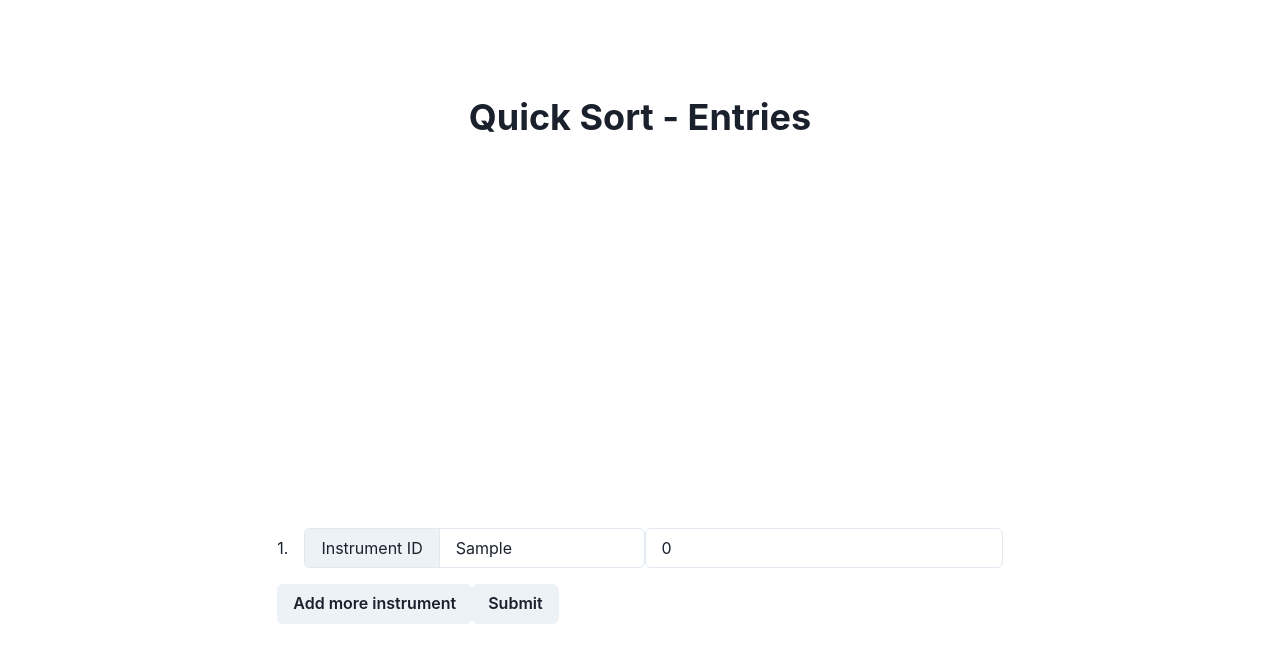
Repository: rohit-jindal18/stock-trailer
Page: /home
An editor plug-in stored every save of this project. The page is shown before and after the next save, followed by the edit.
The browser window is 1280 px wide. The pictures show the whole page.
The project was rebuilt for these pictures with package versions that can differ from the ones it lists, and the page was loaded fresh each time. The framework's server and built-in components were replaced by stand-ins that run in the browser. Also part of the build but not shown: next.config.js.

Above is the page before, as saved 2023-03-14 15:03:34.

### src/pages/_app.tsx
import '@stock-trailer/styles/globals.css'
import { ChakraProvider } from '@chakra-ui/react'
import type { AppProps } from 'next/app'

export default function App({ Component, pageProps }: AppProps) {
  return (
    <ChakraProvider>
      <Component {...pageProps} />
    </ChakraProvider>
  )
}

### src/pages/home.tsx
import { Box, Button, Heading, Input, InputGroup, InputLeftAddon, Text } from '@chakra-ui/react'
import styles from '@stock-trailer/styles/Home.module.css'
import { IInstrumentInfo } from '@stock-trailer/types'
import { Inter } from 'next/font/google'
import Head from 'next/head'
import { useState } from 'react'

const inter = Inter({ subsets: ['latin'] })

export default function Authorize() {
  const [instruments, setInstruments] = useState<IInstrumentInfo[]>([{
    id: 'Sample',
    qty: 0
  }]);
  return (
    <>
      <Head>
        <title>Stock - Trailer</title>
        <meta name="description" content="Generated by create next app" />
        <meta name="viewport" content="width=device-width, initial-scale=1" />
        <link rel="icon" href="/favicon.ico" />
      </Head>
      <main className={styles.main}>
        <div className={styles.description}>
          <Heading>Quick Sort - Entries</Heading>
        </div>
        <Box>
          {
            instruments.map((instrument, index) => {
              return (
                <Box display={'flex'} alignItems='center' key={`qs-${index}`} >
                  <Text mr={'16px'}>{index + 1}.</Text>
                  <InputGroup>
                    <InputLeftAddon children='Instrument ID' />
                    <Input placeholder='Enter' title='Instrument Id' display={'Instrument Id'} value={instrument.id} onChange={(event) => {
                      const newInstruments = [
                        ...instruments
                      ]
                      newInstruments[index].id = event.target.value
                      setInstruments(newInstruments);
                    }} />
                  </InputGroup>

                  <Input placeholder='Enter' value={instrument.qty} onChange={(event) => {
                    const newInstruments = [
                      ...instruments
                    ]
                    newInstruments[index].qty = +event.target.value
                    setInstruments(newInstruments);
                  }} />
                </Box>
              );
            })
          }
          <Box>
            <Button variant={'solid'} mt={'16px'}>Add more instrument</Button>
            <Button variant={'solid'} mt={'16px'}>Submit</Button>
          </Box>
        </Box>
      </main>
    </>
  )
}

### src/styles/Home.module.css
.main {
  display: flex;
  flex-direction: column;
  justify-content: space-between;
  align-items: center;
  padding: 6rem;
  min-height: 100vh;
}

.description {
  display: flex;
  justify-content: center;
  align-items: center;
  height: 100%;
  font-size: 0.85rem;
  max-width: var(--max-width);
  width: 100%;
  z-index: 2;
  font-family: var(--font-mono);
}

.description a {
  display: flex;
  justify-content: center;
  align-items: center;
  gap: 0.5rem;
}

.description p {
  position: relative;
  margin: 0;
  padding: 1rem;
  background-color: rgba(var(--callout-rgb), 0.5);
  border: 1px solid rgba(var(--callout-border-rgb), 0.3);
  border-radius: var(--border-radius);
}

.code {
  font-weight: 700;
  font-family: var(--font-mono);
}

.grid {
  display: grid;
  grid-template-columns: repeat(4, minmax(25%, auto));
  width: var(--max-width);
  max-width: 100%;
}

.card {
  padding: 1rem 1.2rem;
  border-radius: var(--border-radius);
  background: rgba(var(--card-rgb), 0);
  border: 1px solid rgba(var(--card-border-rgb), 0);
  transition: background 200ms, border 200ms;
}

.card span {
  display: inline-block;
  transition: transform 200ms;
}

.card h2 {
  font-weight: 600;
  margin-bottom: 0.7rem;
}

.card p {
  margin: 0;
  opacity: 0.6;
  font-size: 0.9rem;
  line-height: 1.5;
  max-width: 30ch;
}

.center {
  display: flex;
  justify-content: center;
  align-items: center;
  position: relative;
  padding: 4rem 0;
}

.center::before {
  background: var(--secondary-glow);
  border-radius: 50%;
  width: 480px;
  height: 360px;
  margin-left: -400px;
}

.center::after {
  background: var(--primary-glow);
  width: 240px;
  height: 180px;
  z-index: -1;
}

.center::before,
.center::after {
  content: '';
  left: 50%;
  position: absolute;
  filter: blur(45px);
  transform: translateZ(0);
}

.logo,
.thirteen {
  position: relative;
}

.thirteen {
  display: flex;
  justify-content: center;
  align-items: center;
  width: 75px;
  height: 75px;
  padding: 25px 10px;
  margin-left: 16px;
  transform: translateZ(0);
  border-radius: var(--border-radius);
  overflow: hidden;
  box-shadow: 0px 2px 8px -1px #0000001a;
}

.thirteen::before,
.thirteen::after {
  content: '';
  position: absolute;
  z-index: -1;
}

/* Conic Gradient Animation */
.thirteen::before {
  animation: 6s rotate linear infinite;
  width: 200%;
  height: 200%;
  background: var(--tile-border);
}

/* Inner Square */
.thirteen::after {
  inset: 0;
  padding: 1px;
  border-radius: var(--border-radius);
  background: linear-gradient(
    to bottom right,
    rgba(var(--tile-start-rgb), 1),
    rgba(var(--tile-end-rgb), 1)
  );
  background-clip: content-box;
}

/* Enable hover only on non-touch devices */
@media (hover: hover) and (pointer: fine) {
  .card:hover {
    background: rgba(var(--card-rgb), 0.1);
    border: 1px solid rgba(var(--card-border-rgb), 0.15);
  }

  .card:hover span {
    transform: translateX(4px);
  }
}

@media (prefers-reduced-motion) {
  .thirteen::before {
    animation: none;
  }

  .card:hover span {
    transform: none;
  }
}

/* Mobile */
@media (max-width: 700px) {
  .content {
    padding: 4rem;
  }

  .grid {
    grid-template-columns: 1fr;
    margin-bottom: 120px;
    max-width: 320px;
    text-align: center;
  }

  .card {
    padding: 1rem 2.5rem;
  }

  .card h2 {
    margin-bottom: 0.5rem;
  }

  .center {
    padding: 8rem 0 6rem;
  }

  .center::before {
    transform: none;
    height: 300px;
  }

  .description {
    font-size: 0.8rem;
  }

  .description a {
    padding: 1rem;
  }

  .description p,
  .description div {
    display: flex;
    justify-content: center;
    position: fixed;
    width: 100%;
  }

  .description p {
    align-items: center;
    inset: 0 0 auto;
    padding: 2rem 1rem 1.4rem;
    border-radius: 0;
    border: none;
    border-bottom: 1px solid rgba(var(--callout-border-rgb), 0.25);
    background: linear-gradient(
      to bottom,
      rgba(var(--background-start-rgb), 1),
      rgba(var(--callout-rgb), 0.5)
    );
    background-clip: padding-box;
    backdrop-filter: blur(24px);
  }

  .description div {
    align-items: flex-end;
    pointer-events: none;
    inset: auto 0 0;
    padding: 2rem;
    height: 200px;
    background: linear-gradient(
      to bottom,
      transparent 0%,
      rgb(var(--background-end-rgb)) 40%
    );
    z-index: 1;
  }
}

/* Tablet and Smaller Desktop */
@media (min-width: 701px) and (max-width: 1120px) {
  .grid {
    grid-template-columns: repeat(2, 50%);
  }
}

@media (prefers-color-scheme: dark) {
  .vercelLogo {
    filter: invert(1);
  }

  .logo,
  .thirteen img {
    filter: invert(1) drop-shadow(0 0 0.3rem #ffffff70);
  }
}

@keyframes rotate {
  from {
    transform: rotate(360deg);
  }
  to {
    transform: rotate(0deg);
  }
}

Loaded but not shown: src/pages/_document.tsx (common file); src/styles/globals.css (common file)

After the next save:
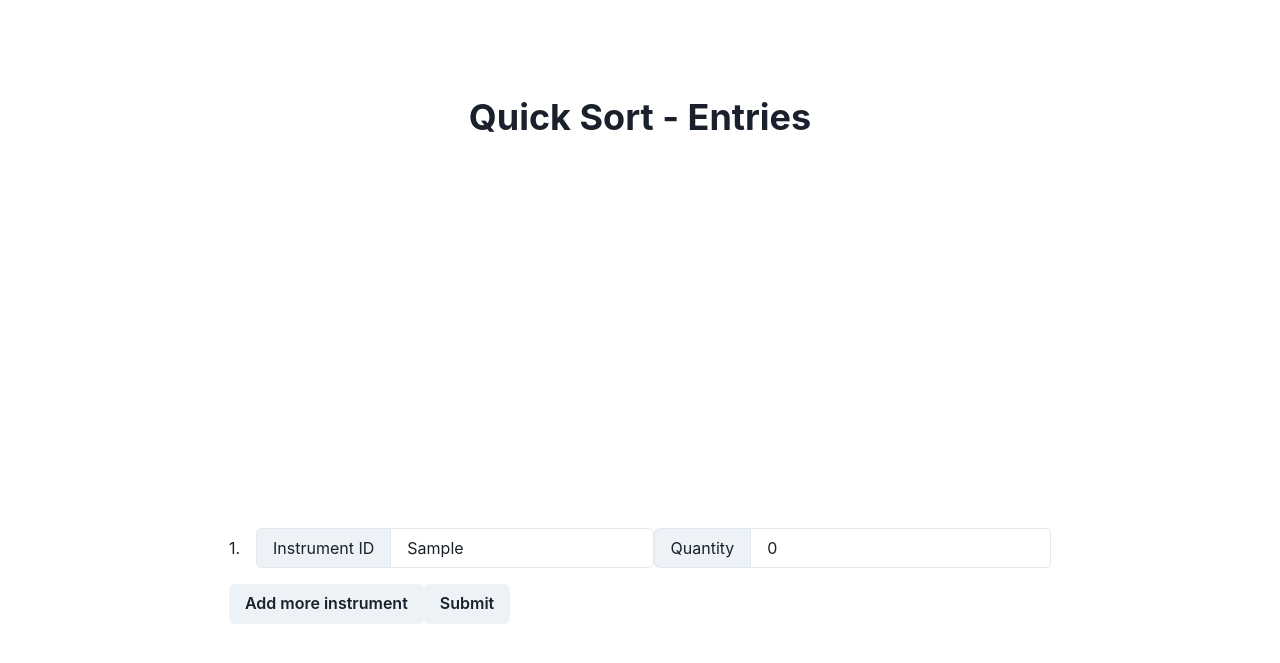
Saved 15 s later.
--- a/src/pages/home.tsx
+++ b/src/pages/home.tsx
@@ -40,14 +40,16 @@ export default function Authorize() {
                       setInstruments(newInstruments);
                     }} />
                   </InputGroup>
-
-                  <Input placeholder='Enter' value={instrument.qty} onChange={(event) => {
-                    const newInstruments = [
-                      ...instruments
-                    ]
-                    newInstruments[index].qty = +event.target.value
-                    setInstruments(newInstruments);
-                  }} />
+                  <InputGroup>
+                    <InputLeftAddon children='Quantity' />
+                    <Input placeholder='Enter' value={instrument.qty} onChange={(event) => {
+                      const newInstruments = [
+                        ...instruments
+                      ]
+                      newInstruments[index].qty = +event.target.value
+                      setInstruments(newInstruments);
+                    }} />
+                  </InputGroup>
                 </Box>
               );
             })
